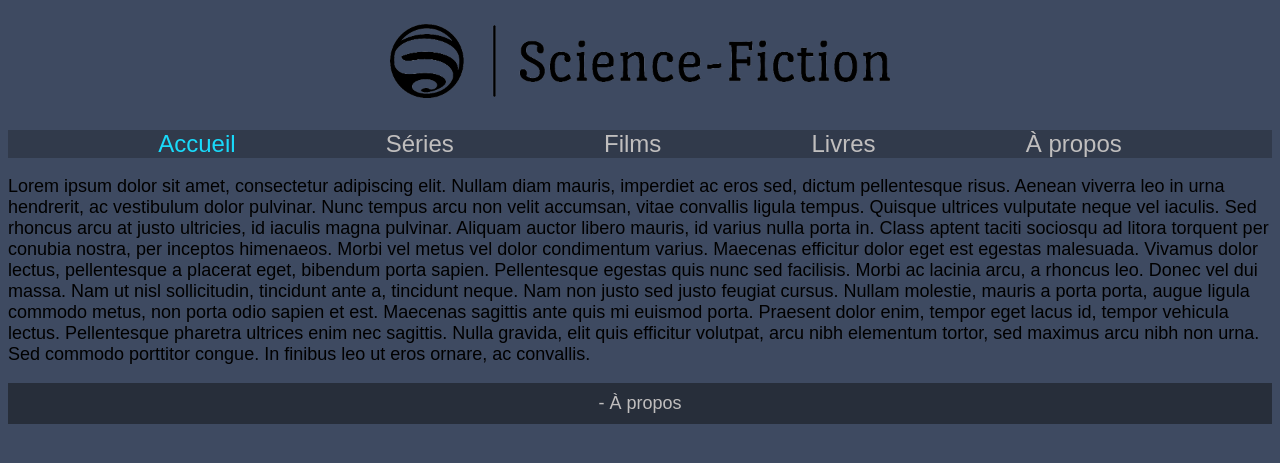
Repository: Emalios/Projet-Web
Page: index.html
These files come from the project's save history. The page is drawn as it stood at one moment and after the next save; the edit follows.
The browser window is 1280 px wide. The pictures show the whole page.

Above is the page before, as saved 2020-11-11 18:01:10.

After the next save:
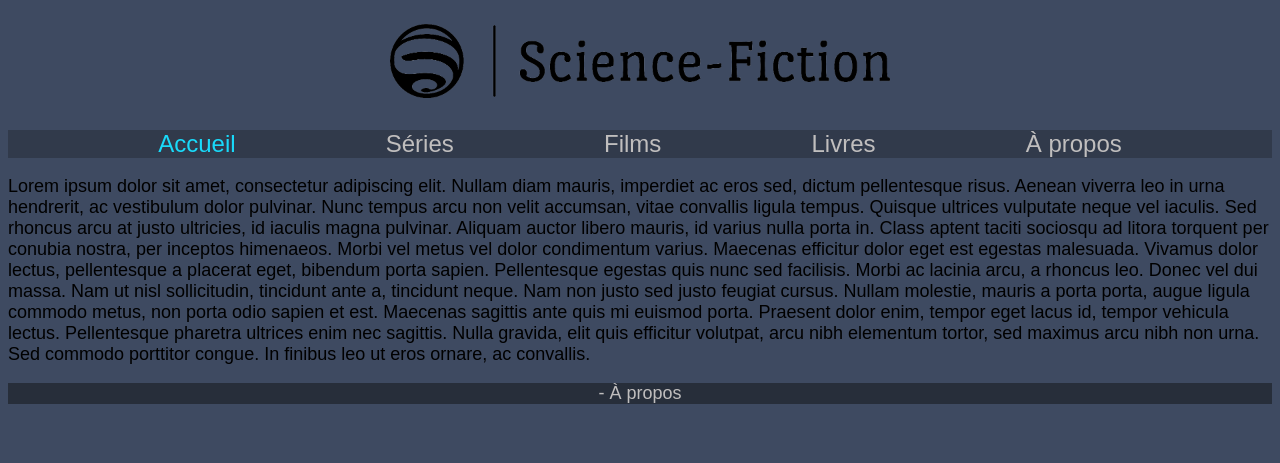
Saved 66 s later.
--- a/css/common.css
+++ b/css/common.css
@@ -45,8 +45,6 @@
 }
 
 footer {
-  padding-top: 10px;
-  padding-bottom: 10px;
   background-color: #272e3a;
   text-align: center;
 }
